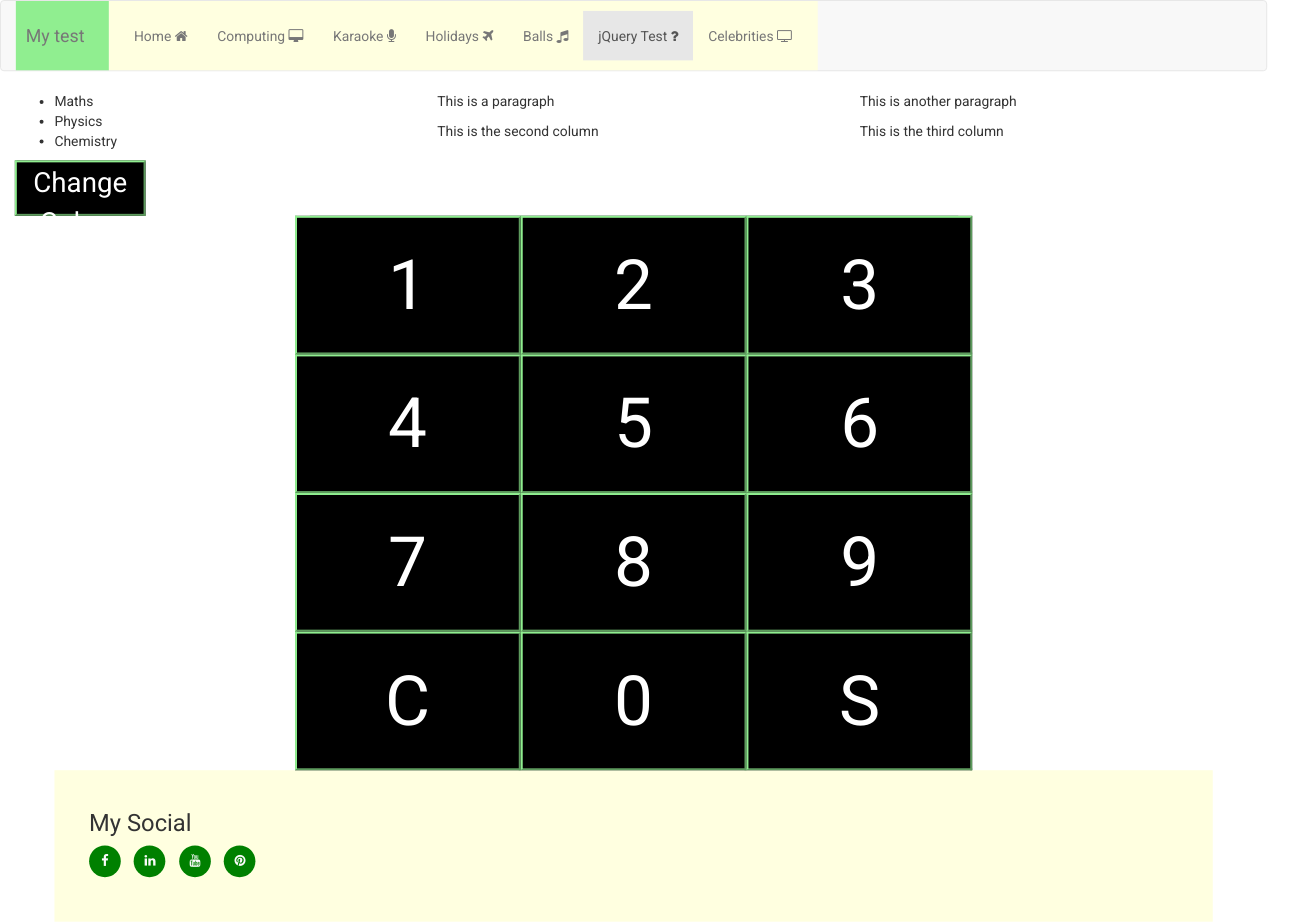
Repository: derektypist/bootstrap
Page: jquerydemo.html
The author's editor kept a record of every edit. The page is drawn from the files as they stood at one moment, then again after the next edit.
The browser window is 1280 px wide. The page is 1295 px wide, then 1310 px, so the pictures cover 1310 px, including what lies to the right of the window. The pictures show the whole page, at 99% of full size.
Some web libraries are served in a nearby version.

Above is the page before.

### jquerydemo.html
<!DOCTYPE html>
<html>
<head>
<meta name="viewport" content="width=device-width, initial-scale=1.0">
<title>Derek's Bootstrap Experience - Jquery Test</title>

<!-- Load Style Sheets -->

<link rel="stylesheet" href="https://maxcdn.bootstrapcdn.com/bootstrap/3.3.7/css/bootstrap.min.css">
<link rel="stylesheet" href="https://maxcdn.bootstrapcdn.com/font-awesome/4.7.0/css/font-awesome.min.css" type="text/css" />
<link rel="stylesheet" href="style.css" type="text/css">

<!-- Load Scripts -->
<script src="https://code.jquery.com/jquery-3.2.1.min.js" integrity="sha256-hwg4gsxgFZhOsEEamdOYGBf13FyQuiTwlAQgxVSNgt4=" crossorigin="anonymous"></script>
<script src="https://maxcdn.bootstrapcdn.com/bootstrap/3.3.7/js/bootstrap.min.js" integrity="sha384-Tc5IQib027qvyjSMfHjOMaLkfuWVxZxUPnCJA7l2mCWNIpG9mGCD8wGNIcPD7Txa" crossorigin="anonymous"></script>
<script>
    $(document).ready(function(){
        $("button").click(function(){
            $(".myhighlight").css("color", "orange");
        });
        $("p").mouseenter(function(){
            $(this).css("color", "green")
        });
        $("p").mouseleave(function(){
            $(this).css("color", "purple")
        });
    });
</script>
</head>
<body>
<nav class="navbar navbar-default">
        <div class="container-fluid">
            <!-- Logo -->
            <div class="navbar-header">
                <a href="index.html" class="navbar-brand">My test</a>
            </div>

            <!-- navbar with icons -->
            <ul class="nav navbar-nav">
                <li><a href="index.html">Home <i class="fa fa-home" aria-hidden="true"></i></a></li>
                <li><a href="computing.html">Computing <i class="fa fa-desktop" aria-hidden="true"></i></a></li>
                <li><a href="karaoke.html">Karaoke <i class="fa fa-microphone" aria-hidden="true"></i></a></li>
                <li><a href="holidays.html">Holidays <i class="fa fa-plane" aria-hidden="true"></i></a></li>
                <li><a href="balls.html">Balls <i class="fa fa-music" aria-hidden="true"></i></a></li>
                <li class="active"><a href="jquerydemo.html">jQuery Test <i class="fa fa-question" aria-hidden="true"></i></a></li>
                <li><a href="celebrities.html">Celebrities <i class="fa fa-television" aria-hidden="true"></i></a></li>
            </ul>
        </div>
    </nav>

    <!-- Section for List Items and Paragraphs -->
    <section class="container-fluid">
        <article class="row">
            <article class="col-sm-4">
                <ul>
                <li class="myhighlight">Maths</li>
                <li>Physics</li>
                <li>Chemistry</li>
            </ul>
            <button>Change Colour</button>
            </article>
            <article class="col-sm-4">
                <p>This is a paragraph</p>
                <p>This is the second column</p>
            </article>
            <article class="col-sm-4">
                <p>This is another paragraph</p>
                <p>This is the third column</p>
            </article>

        </article>

        <!-- Set Up Blank Row -->
        <article class="row"></article>
       </section>

        <!-- Set Up Keypad -->
        <section class="container-fluid" id="keypad"></section>
        <article class="row">
            <article id="keypad">
                <article id="display"></div>

                <!-- Set Up First Row for Keypad -->
                <article class="row">
                    <button id="one">1</button>
                    <button id="two">2</button>
                    <button id="three">3</button>
                </article>

                <!-- Set Up Second Row for Keypad -->
                <article class="row">
                    <button id="four">4</button>
                    <button id="five">5</button>
                    <button id="six">6</button>
                </article>

                <!-- Set Up Third Row for Keypad -->
                <article class="row">
                    <button id="seven">7</button>
                    <button id="eight">8</button>
                    <button id="nine">9</button>
                </article>

                <!-- Set Up Fourth Row for Keypad -->
                <article class="row">
                    <button id="clear">C</button>
                    <button id="zero">0</button>
                    <button id="settings">S</button>
                </article>
            </article>



            </article>
        </article>
    </section>

     <!-- Footer -->
       <footer class="container">
           <div class="row" id="footer-details">
               <h3>My Social</h3>
               <ul class="list-inline social-links">

                    <li><a target="_blank" href="https://www.facebook.com/derek.dhammaloka/" title="Facebook"><i class="fa fa-facebook"></i></a></li>
                    <li><a target="_blank" href="https://www.linkedin.com/in/derekdhammaloka" title="LinkedIn"><i class="fa fa-linkedin"></i></a></li>
                    <li><a target="_blank" href="https://www.youtube.com/user/derekthesec" title="YouTube"><i class="fa fa-youtube"></i></a></li>
                    <li><a target="_blank" href="https://www.pinterest.co.uk/derekthesec" title="Pinterest"><i class="fa fa-pinterest"></i></a></li>
               </ul>
           </div>
       </footer>

</body>
</html>

### style.css
/* Import Font */

@import url('https://fonts.googleapis.com/css?family=Roboto');

/* Body */

body {

    font-family: "Roboto", Arial, Verdana, sans-serif;
    height: 100%;
}

/* Liked Comments */

.liked {
    background-color: lightblue;
    padding: 10px;
}

/* Jumbotron */

.jumbotron {
    background-color: pink;
}

/* List Items */

.list-items {
    color: green;
}

.list-items a {
    text-decoration: none;
    color: orange;
}

.list-items a:hover {
    text-decoration: none;
    color: purple;
}

/* Margin Styles */
.mgn-col {
    margin-left: 10px;
}

/* Navbar Styles */
.navbar-header {
    background-color: lightgreen;
    padding: 10px;
}

.navbar-nav {
    background-color: lightyellow;
    padding: 10px;
}

/* Table Styles */
th {
    background-color: lightblue;
}


/* Download PDF Styles */
.download-pdf {
    color: green;
    text-align: center;
    font-size: 18px;
    padding-left: 5px;
}

.download-pdf i:hover {
    color: orange;
    transition: all 0.35s ease-in-out;
    -moz-transition: all 0.35s ease-in-out;
    -webkit-transition: all 0.35s ease-in-out;
    -o-transition: all 0.35s ease-in-out;
}

/* Footer */
footer {
    background-color: lightyellow;
    min-height: 50px;
    margin: 0;
}

.social-links {
    padding-bottom: 15px;
}

.social-links li a i {
    width: 32px;
    height: 32px;
    padding: 12px 0px;
    border-radius: 50%;
    font-size: 13px;
    line-height: 7px;
    text-align: center;
    color: #fafafa;
    background: green;
    transition: all 0.35s ease-in-out;
    -moz-transition: all 0.35s ease-in-out;
    -webkit-transition: all 0.35s ease-in-out;
    -o-transition: all 0.35s ease-in-out;

}

.social-links li a i:hover {
    background: purple;

}

#footer-details {
    margin: 20px;
}

/* jQueryDemo - Subjects */
.row button #subjects
{
    background-color: black;
}



/* jQueryDemo - Keypad */

#keypad {
    width: 50%;
    margin: auto;
}

#display {
    height: 75px;
    font-size: 2.5em;
    background-color: seagreen;
    color: white;
    text-align: center;
}

.row button {
    background-color: black;
    color: white;
    font-size: 2em;
    height: 2em;
    float: left;
    border-color: lightgreen;
    margin-left: 0px;
    margin-right: 0px;
}

button {
    width: 33.333%;
}

After the next edit:
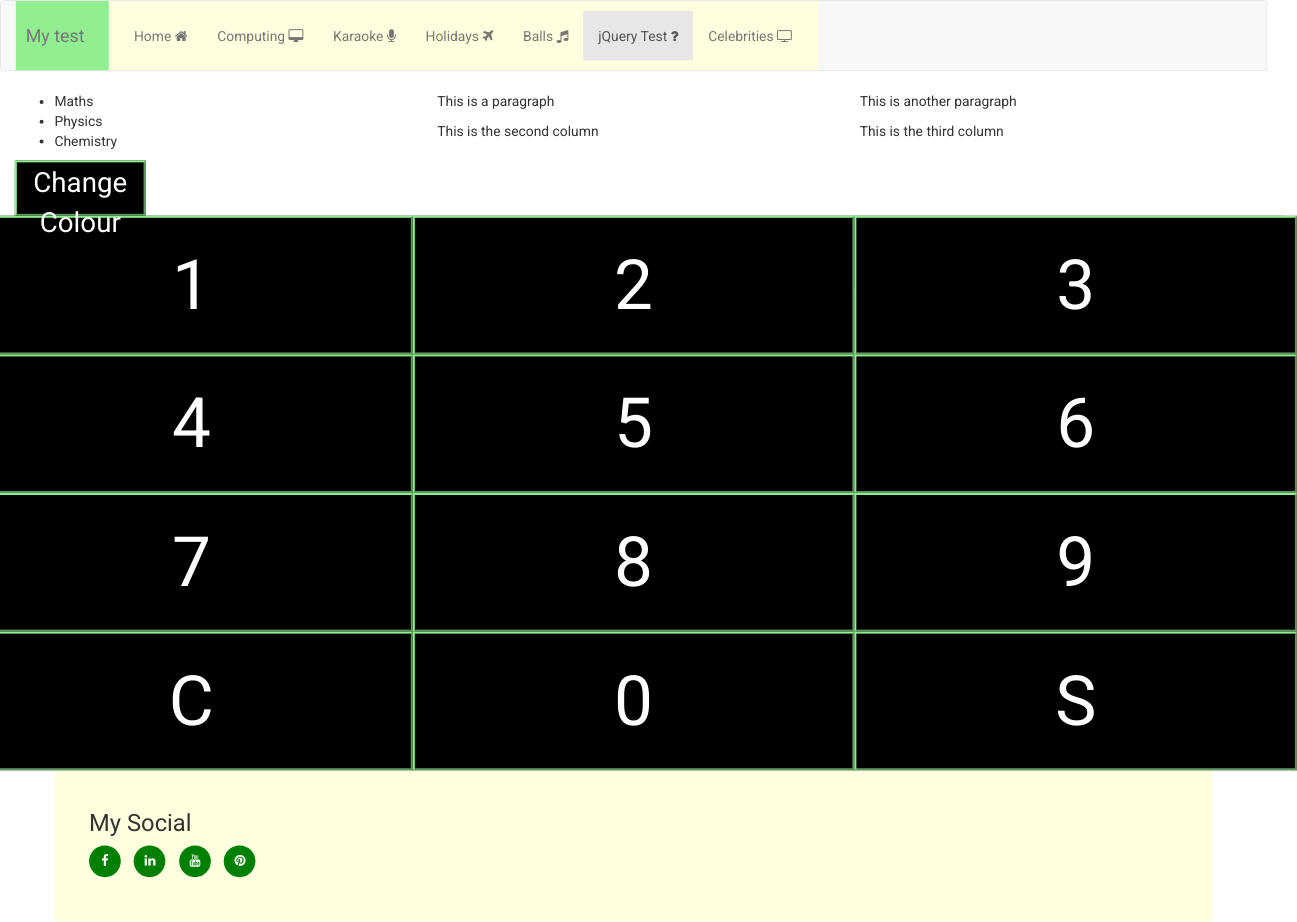
The edit:
--- a/jquerydemo.html
+++ b/jquerydemo.html
@@ -77,7 +77,7 @@
         <!-- Set Up Keypad -->
         <section class="container-fluid" id="keypad"></section>
         <article class="row">
-            <article id="keypad">
+
                 <article id="display"></div>
 
                 <!-- Set Up First Row for Keypad -->
